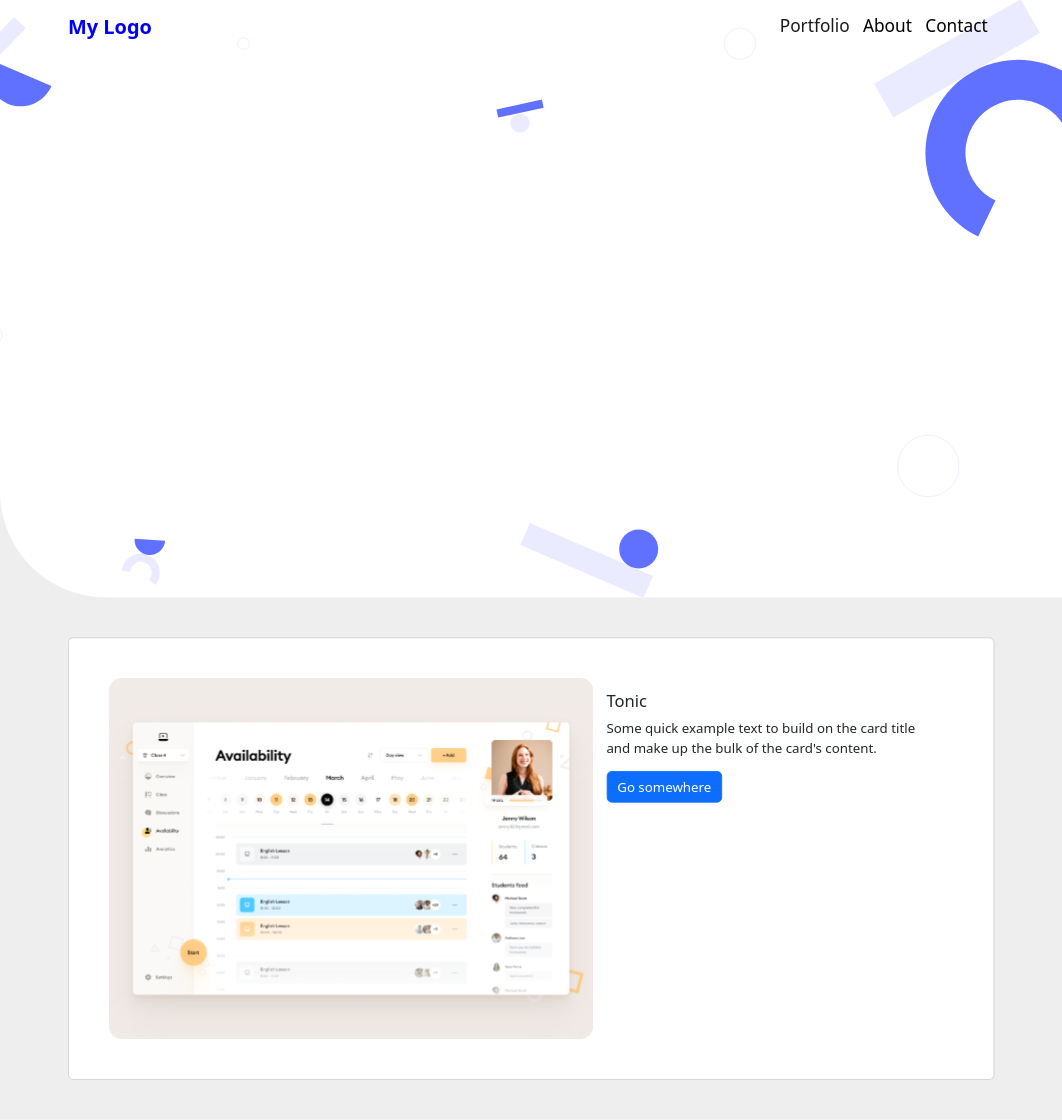
Repository: waelelsafty07/Bootstrap-Portfolio
Page: index.html
The author's editor kept a copy of each file at every save. The page is drawn from the files as they stood at one save, then again after the next save.
The browser window is 1280 px wide. The pictures show the whole page, at 83% of full size.

Above is the page before, as saved 2023-04-04 16:23:38.

### index.html
<!DOCTYPE html>
<html lang="en">
<head>
    <meta charset="UTF-8">
    <meta http-equiv="X-UA-Compatible" content="IE=edge">
    <meta name="viewport" content="width=device-width, initial-scale=1.0">
    <title>Portfolio</title>
    <link rel="stylesheet" href="css/bootstrap.min.css"/>
    <link rel="stylesheet" href="styles.css"/>
</head>
<body>
    <header>
        <nav class="navbar navbar-expand-lg navbar-light">
            <div class="container">
              <a class="navbar-brand" href="#">My Logo</a>
              <button class="navbar-toggler" type="button" data-bs-toggle="collapse" data-bs-target="#navbarNav" aria-controls="navbarNav" aria-expanded="false" aria-label="Toggle navigation">
                <span class="navbar-toggler-icon"></span>
              </button>
              <div class="collapse navbar-collapse flex-row-reverse" id="navbarNav">
                <ul class="navbar-nav">
                  <li class="nav-item">
                    <a class="nav-link active" aria-current="page" href="#">Portfolio</a>
                  </li>
                  <li class="nav-item">
                    <a class="nav-link" href="#">About</a>
                  </li>
                  <li class="nav-item">
                    <a class="nav-link" href="#">Contact</a>
                  </li>
                </ul>
              </div>
            </div>
          </nav>
    </header>
    <main>
      <section id="works" class="works m-5">
        <div class="container">
          <div class="card flex-row p-5">
            <img src="images/Snapshoot Portfolio (1).svg" class="card-img-top" alt="...">
            <div class="card-body">
              <h5 class="card-title">Tonic</h5>

              <p class="card-text">Some quick example text to build on the card title and make up the bulk of the card's content.</p>
              <a href="#" class="btn btn-primary">Go somewhere</a>
            </div>
          </div>
        </div>
      </section>
    </main>

    <script src="js/bootstrap.bundle.min.js"></script>
</body>
</html>

### styles.css
body {
  background-color: #eee;
}
header {
  background-color: #fff;
  background-image: url("images/Header\ bg.svg");
  background-repeat: no-repeat;
  background-position: center;
  height: 100vh;
  border-bottom-left-radius: 8rem;
}
nav .navbar-brand {
  font-weight: bold;
  font-size: 1.5rem;
  color: blue;
}
nav .nav-link {
  font-weight: 500;
  font-size: 1.3rem;
  color: #000;
}

Loaded but not shown: css/bootstrap.min.css (library); js/bootstrap.bundle.min.js (library)

After the next save:
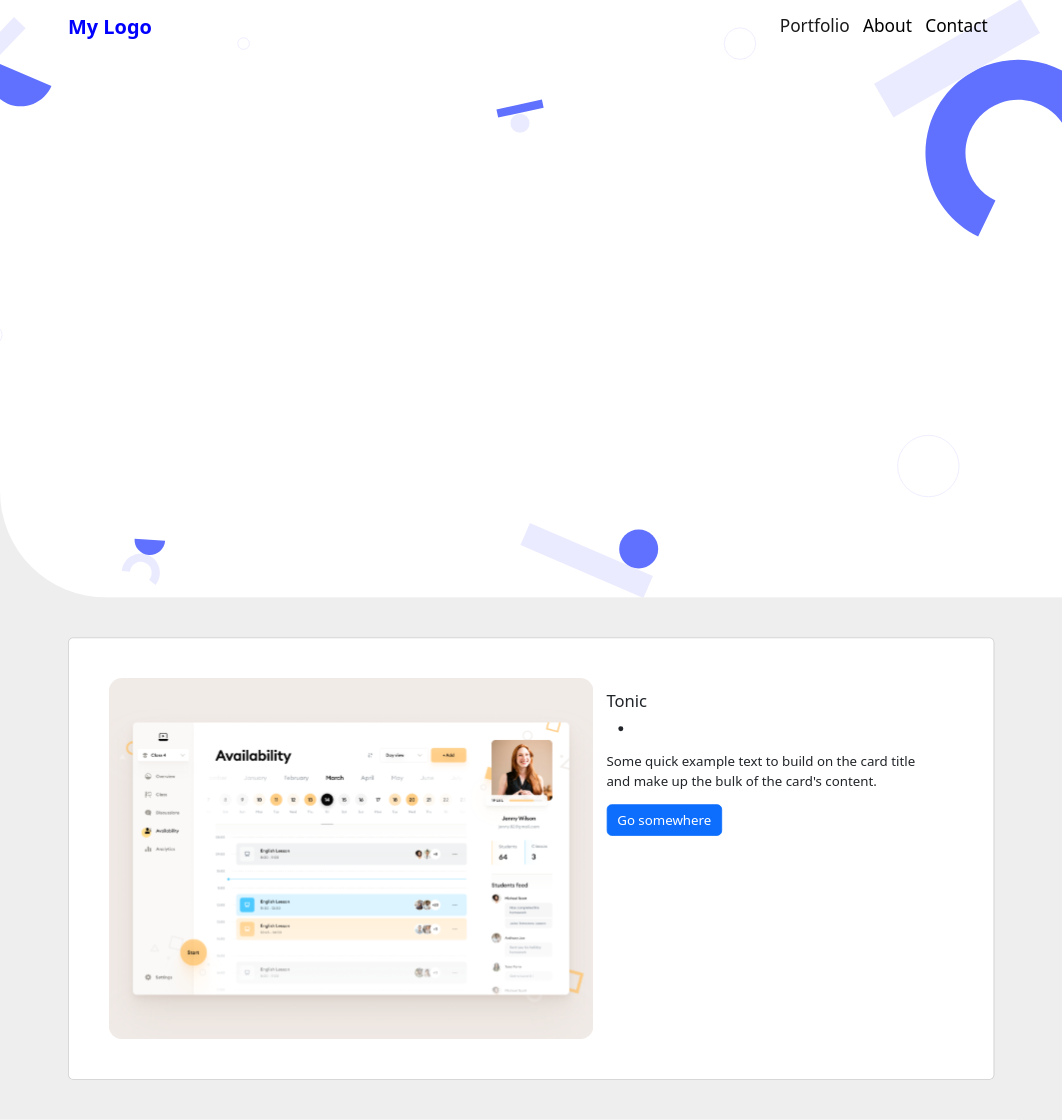
Saved 7 s later.
--- a/index.html
+++ b/index.html
@@ -39,7 +39,9 @@
             <img src="images/Snapshoot Portfolio (1).svg" class="card-img-top" alt="...">
             <div class="card-body">
               <h5 class="card-title">Tonic</h5>
-
+              <ul>
+                <li></li>
+              </ul>
               <p class="card-text">Some quick example text to build on the card title and make up the bulk of the card's content.</p>
               <a href="#" class="btn btn-primary">Go somewhere</a>
             </div>
